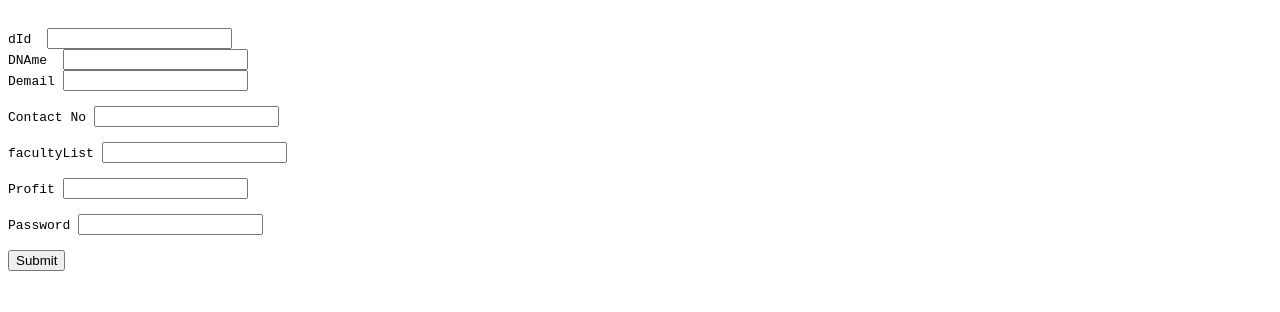
Repository: omkar-falke/SpringDemo
Page: http://localhost/ServletMVC/dept.jsp
These files come from the project's save history. The page is drawn as it stood at one moment and after the next save; the edit follows.
The browser window is 1280 px wide. The pictures show the whole page.
The page is served by Tomcat 9. Other server files are loaded and not shown.

Above is the page before, as saved 2019-06-04 09:49:55.

### ServletDemo/ServletMVC/WebContent/dept.jsp
<%@ page language="java" contentType="text/html; charset=ISO-8859-1"
    pageEncoding="ISO-8859-1"%>
<!DOCTYPE html PUBLIC "-//W3C//DTD HTML 4.01 Transitional//EN" "http://www.w3.org/TR/html4/loose.dtd">
<html>
<head>
<meta http-equiv="Content-Type" content="text/html; charset=ISO-8859-1">
<title>Dept Here</title>
</head>
<body>
<pre>

dId  <input type="text" name="did">
DNAme  <input type="text" name="dname">
Demail <input type="email" name="email">

Contact No <input type="text" name="contact">

facultyList <input type="text" name="flist">

Profit <input type="text" name="profit">

Password <input type="password" name="pass">

<input type="submit" value="Submit">

</pre>

</body>
</html>

After the next save:
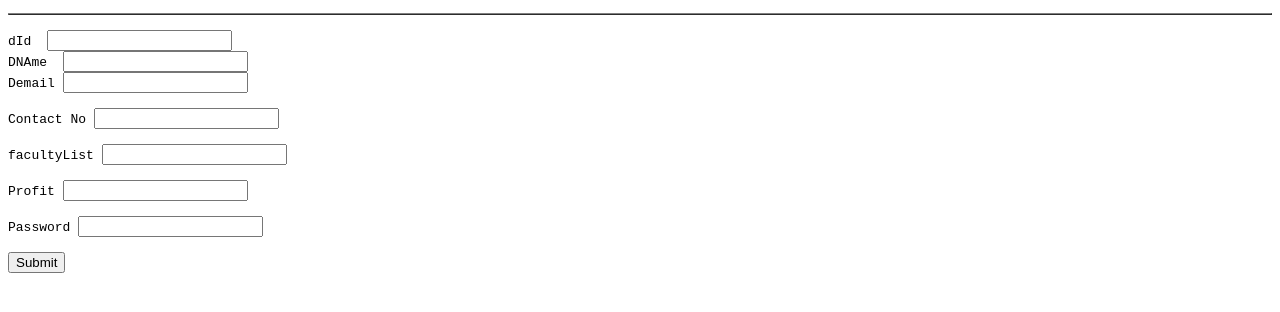
Saved 58 s later.
--- a/ServletDemo/ServletMVC/WebContent/dept.jsp
+++ b/ServletDemo/ServletMVC/WebContent/dept.jsp
@@ -8,7 +8,7 @@
 </head>
 <body>
 <pre>
-
+<table border="1" height="100%" width="100%"></table>
 dId  <input type="text" name="did">
 DNAme  <input type="text" name="dname">
 Demail <input type="email" name="email">
